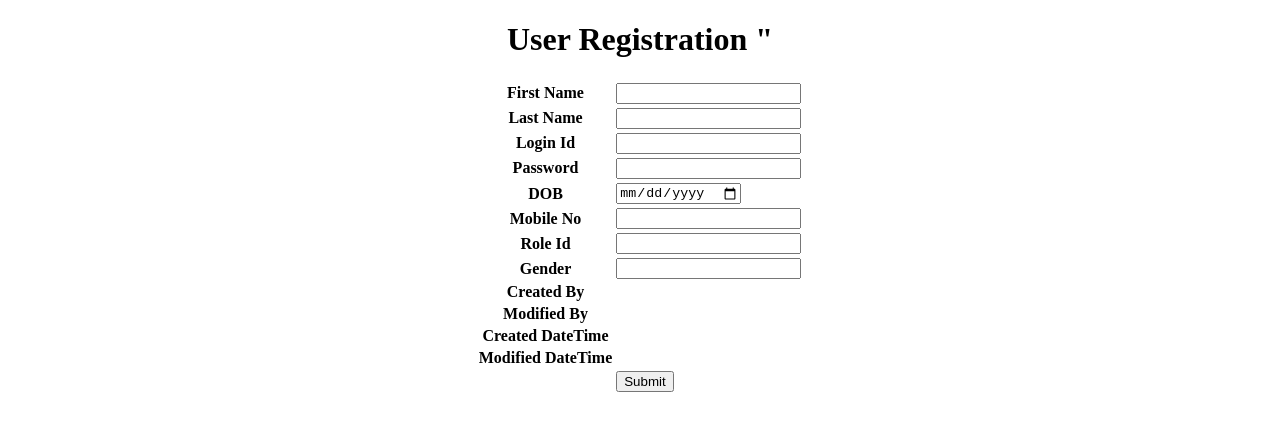
Repository: Ajay12Ajay/Advance_Java
Page: http://localhost/Advance_Web_Project/UserRegistrationView.jsp
An editor plug-in stored every save of this project. The page is shown before and after the next save, followed by the edit.
The browser window is 1280 px wide. The pictures show the whole page.
The page is served by Tomcat 9. Other server files are loaded and not shown.

Above is the page before, as saved 2025-07-24 10:45:10.

### Advance_Java/Advance_Web_Project/WebContent/UserRegistrationView.jsp
<%@ page language="java" contentType="text/html; charset=UTF-8"
	pageEncoding="UTF-8"%>
<!DOCTYPE html>
<html>
<head>
<meta charset="UTF-8">
<title>User Registration</title>
</head>
<body>
	<div align="center">
		<form action="UserRegistrationCtl" method="post">
			<h1>User Registration "</h1>
			<table>
				<tr>
					<th>First Name</th>
					<td><input type="text" name="firstName"></td>
				</tr>
				<tr>
					<th>Last Name</th>
					<td><input type="text" name="lastName"></td>
				</tr>
				<tr>
					<th>Login Id</th>
					<td><input type="text" name="loginId"></td>
				</tr>
				<tr>
					<th>Password</th>
					<td><input type="text" name="password"></td>
				</tr>
				<tr>
					<th>DOB</th>
					<td><input type="date" name="dob"></td>
				</tr>
				<tr>
					<th>Mobile No</th>
					<td><input type="text" name="mobileNo"></td>
				</tr>
				<tr>
					<th>Role Id</th>
					<td><input type="text" name="roleId"></td>
				</tr>
				<tr>
					<th>Gender</th>
					<td><input type="text" name="gender"></td>
				</tr>
				<tr>
					<th>Created By</th>
					<td><input type="hidden" name="createdBy"></td>
				</tr>
				<tr>
					<th>Modified By</th>
					<td><input type="hidden" name="modifiedBy"></td>
				</tr>
				<tr>
					<th>Created DateTime</th>
					<td><input type="hidden" name="createdDatetime"></td>
				</tr>
				<tr>
					<th>Modified DateTime</th>
					<td><input type="hidden" name="createdDatetime"></td>
				</tr>
				<tr>
					<th></th>
					<td><input type="submit" name="signUp"></td>
				</tr>
			</table>
		</form>
	</div>
</body>
</html>

After the next save:
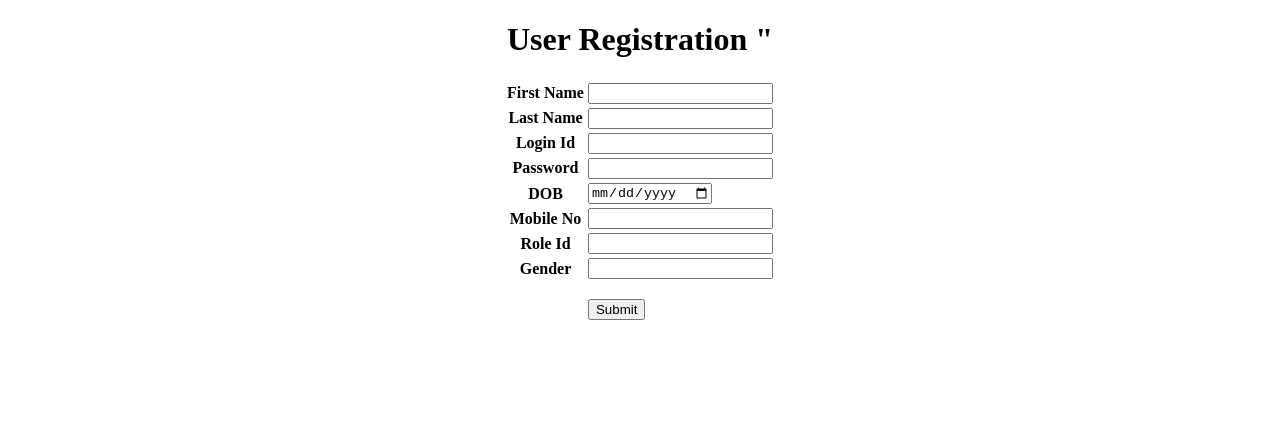
Saved 47 s later.
--- a/Advance_Java/Advance_Web_Project/WebContent/UserRegistrationView.jsp
+++ b/Advance_Java/Advance_Web_Project/WebContent/UserRegistrationView.jsp
@@ -44,19 +44,16 @@
 					<td><input type="text" name="gender"></td>
 				</tr>
 				<tr>
-					<th>Created By</th>
 					<td><input type="hidden" name="createdBy"></td>
 				</tr>
 				<tr>
-					<th>Modified By</th>
+
 					<td><input type="hidden" name="modifiedBy"></td>
 				</tr>
 				<tr>
-					<th>Created DateTime</th>
 					<td><input type="hidden" name="createdDatetime"></td>
 				</tr>
 				<tr>
-					<th>Modified DateTime</th>
 					<td><input type="hidden" name="createdDatetime"></td>
 				</tr>
 				<tr>
